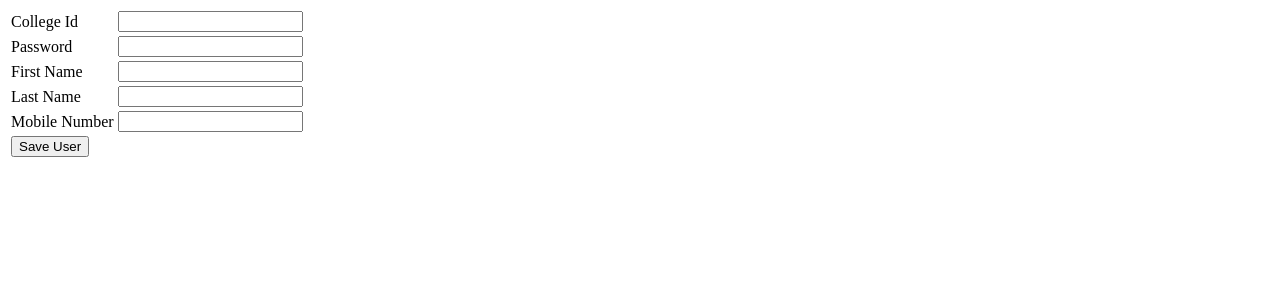
Repository: aamir5773/ServletJsp
Page: http://localhost/ProfessionalCollegee/Registercollege.jsp
The author's editor kept a copy of each file at every save. The page is drawn from the files as they stood at one save, then again after the next save.
The browser window is 1280 px wide. The pictures show the whole page.
The page is served by Tomcat 9. Other server files are loaded and not shown.

Above is the page before, as saved 2019-11-01 10:51:00.

### ProfessionalCollegee/WebContent/Registercollege.jsp
<%@ page language="java" contentType="text/html; charset=ISO-8859-1"
    pageEncoding="ISO-8859-1"%>
<!DOCTYPE html PUBLIC "-//W3C//DTD HTML 4.01 Transitional//EN" "http://www.w3.org/TR/html4/loose.dtd">
<html>
<head>
<meta http-equiv="Content-Type" content="text/html; charset=ISO-8859-1">
<title>Register College</title>
</head>
<body>

	<form action="add.do" id="frm" method="post">
		<table>
			<tr>
				<td>College Id</td>
				<td><input type="number" name="cid" id="cid"></td>
			</tr>
			<tr>
				<td>Password</td>
				<td><input type="password" name="password" id="password"></td>
			</tr>
			<tr>
				<td>First Name</td>
				<td><input type="text" name="firstname" id="firstname"></td>
			</tr>
			<tr>
				<td>Last Name</td>
				<td><input type="text" name="lastname" id="lastname"></td>
			</tr>
			<tr>
				<td>Mobile Number</td>
				<td><input type="text" name="mobilenumber" id="mobilenumber"></td>
			</tr>
			<tr>
				<td colspan="2"><input type="button" value="Save User" onclick="validateUser();"></td>
			</tr>
		</table>
	</form>



</body>
</html>

After the next save:
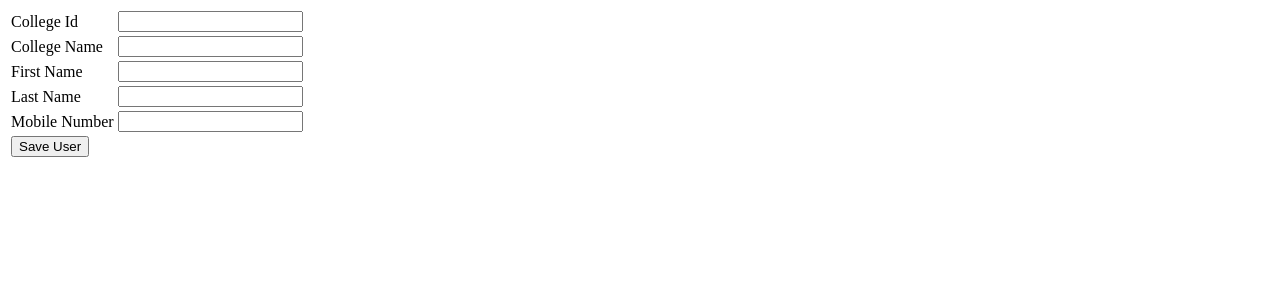
Saved 22 s later.
--- a/ProfessionalCollegee/WebContent/Registercollege.jsp
+++ b/ProfessionalCollegee/WebContent/Registercollege.jsp
@@ -15,8 +15,8 @@
 				<td><input type="number" name="cid" id="cid"></td>
 			</tr>
 			<tr>
-				<td>Password</td>
-				<td><input type="password" name="password" id="password"></td>
+				<td>College Name</td>
+				<td><input type="text" name="cname" id="cname"></td>
 			</tr>
 			<tr>
 				<td>First Name</td>
